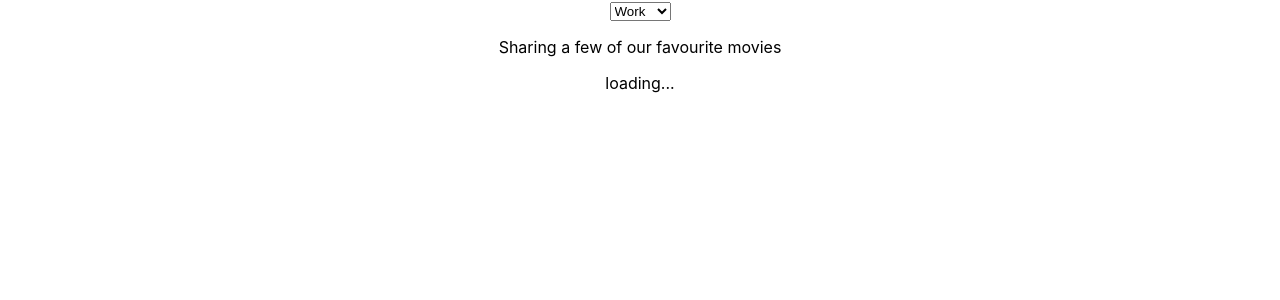
Repository: jklodge/lodge-creates
Page: / (app in plentific-search/)
These files come from the project's save history. The page is drawn as it stood at one moment and after the next save; the edit follows.
The browser window is 1280 px wide. The pictures show the whole page.
The project was rebuilt for these pictures with package versions that can differ from the ones it lists, and the page was loaded fresh each time. Also part of the build but not shown: plentific-search/src/Components/Search.js.

Above is the page before, as saved 2020-01-12 11:09:39.

After the next save:
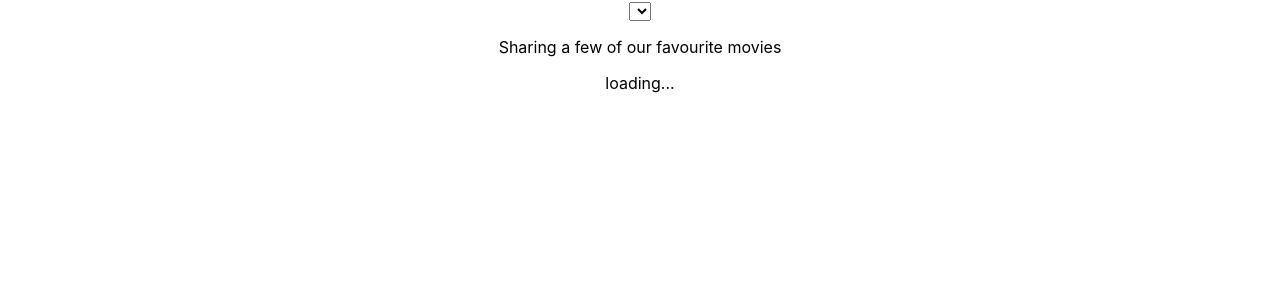
Saved 59 s later.
--- a/plentific-search/src/Components/DropDown.js
+++ b/plentific-search/src/Components/DropDown.js
@@ -7,7 +7,7 @@
     console.log(dropDown);
     setdropDown(e.target.value);
   };
-  const List = dropDown.map(List => List);
+  const List = dropDown.map(List => console.log(List));
 
   return (
     <select

After the save that followed:
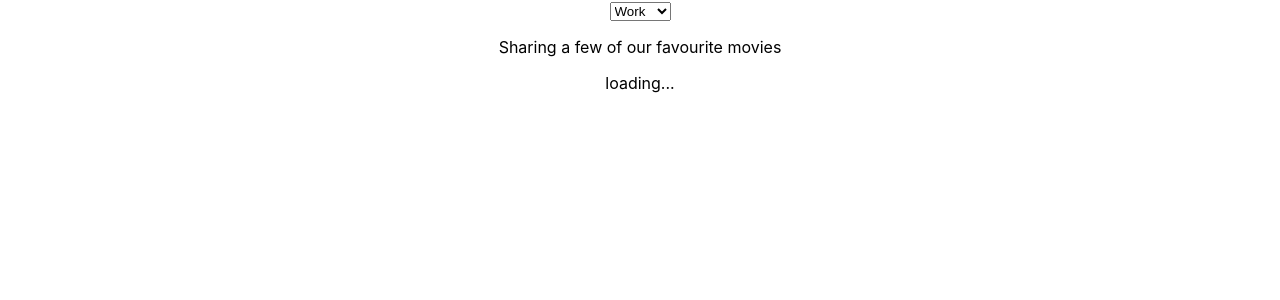
Saved 30 s later.
--- a/plentific-search/src/Components/DropDown.js
+++ b/plentific-search/src/Components/DropDown.js
@@ -7,7 +7,7 @@
     console.log(dropDown);
     setdropDown(e.target.value);
   };
-  const List = dropDown.map(List => console.log(List));
+  const List = dropDown.map(list => list);
 
   return (
     <select
